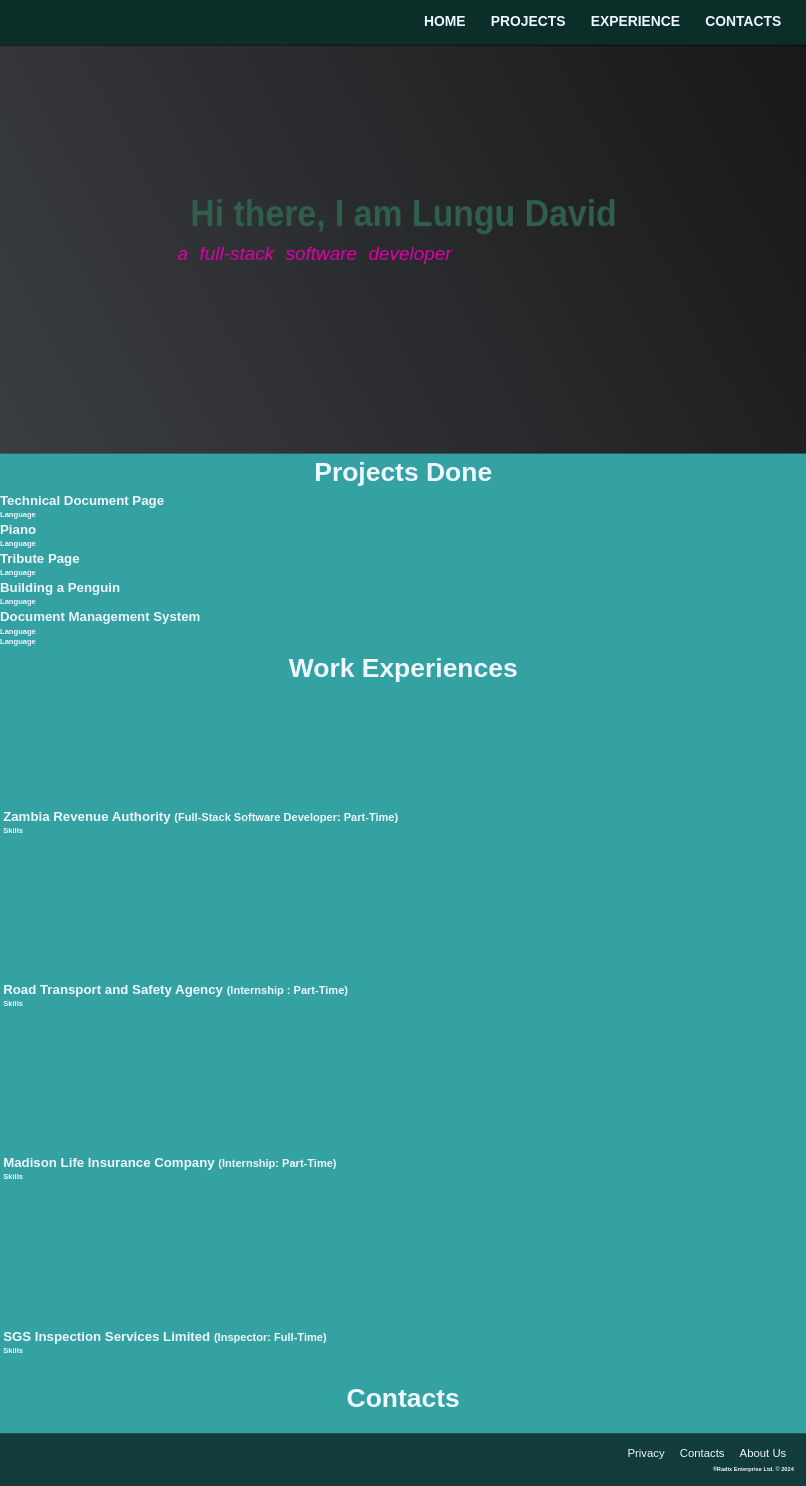
Repository: Lungdjos/personal_portifolio
Page: html/index.html
The author's editor kept a copy of each file at every save. The page is drawn from the files as they stood at one save, then again after the next save.
The browser window is 1280 px wide. The pictures show the whole page, at 63% of full size.

Above is the page before, as saved 2024-02-02 01:42:28.

### html/index.html
<!DOCTYPE html>
<html lang="en">

<head>
    <meta charset="UTF-8">
    <meta name="viewport" content="width=device-width, initial-scale=1.0">
    <title>Personal Portifolio</title>
    <link rel="stylesheet" href="/css/styles.css">
</head>

<body>
    <header class="header">
        <nav id="navbar">
            <ul class="nav-list">
                <li><a href="#Home" class="nav-link"><i class=""></i>Home</a></li>
                <li>
                    <a href="#Works" class="nav-link"> <i class=""></i>Projects</a>
                </li>
                <li>
                    <a href="#Work-Experience" class="nav-link"> <i class=""></i>Experience</a>
                </li>
                <li><a href="#Contacts" class="nav-link"><i class=""></i>Contacts</a></li>
            </ul>
        </nav>
    </header>
    <main class="m-3">
        <div id="spacer"></div>
        <section class="home" id="Home">
            <div id="welcome-section">
                <h1 id="title">Hi there, I am Lungu David</h1>
                <p id="sub-title"><span>a</span> <span>full-stack</span> <span>software</span> <span>developer</span></p>
            </div>
        </section>

        <div id="spacer"></div>
        <section class="works" id="Works">
            <h2>Projects Done</h2>
            <div class="grid">
                <div class="projects">
                    <h3>Technical Document Page</h3>
                    <h6 class="language">Language</h6>
                    <p>
                        <ul>
                            <li></li>
                        </ul>
                    </p>
                </div>
                <div class="projects">
                    <h3>Piano</h3>
                    <h6 class="language">Language</h6>
                    <p>
                        <ul>
                            <li></li>
                        </ul>
                    </p>
                </div>
                <div class="projects">
                    <h3>Tribute Page</h3>
                    <h6 class="language">Language</h6>
                    <p>
                        <ul>
                            <li></li>
                        </ul>
                    </p>
                </div>
                <div class="projects">
                    <h3>Building a Penguin</h3>
                    <h6 class="language">Language</h6>
                    <p>
                        <ul>
                            <li></li>
                        </ul>
                    </p>
                </div>
                <div class="projects">
                    <h3>Document Management System</h3>
                    <h6 class="language">Language</h6>
                    <p>
                        <ul>
                            <li></li>
                        </ul>
                    </p>
                </div>
                <div class="projects">
                    <h3></h3>
                    <h6 class="language">Language</h6>
                    <p>
                        <ul>
                            <li></li>
                        </ul>
                    </p>
                </div>
            </div>
        </section>
        <div id="spacer"></div>
        <section class="" id="Work-Experience">
            <h2>Work Experiences</h2>
            <div id="grid">
                <div id="icon"></div>
                <div class="experience">
                    <h3>Zambia Revenue Authority <small>(Full-Stack Software Developer: Part-Time)</small></h3>
                    <h6 class="skills">Skills</h6>
                    <p>
                        <ul>
                            <li></li>
                            <li></li>
                            <li></li>
                            <li></li>
                        </ul>
                    </p>
                </div>
            </div>

            <div id="grid">
                <div id="icon"></div>
                <div class="experience">
                    <h3>Road Transport and Safety Agency <small>(Internship : Part-Time)</small></h3>
                    <h6 class="skills">Skills</h6>
                    <p>
                        <ul>
                            <li></li>
                            <li></li>
                            <li></li>
                            <li></li>
                        </ul>
                    </p>
                </div>
            </div>

            <div id="grid">
                <div id="icon"></div>
                <div class="experience">
                    <h3>Madison Life Insurance Company <small>(Internship: Part-Time)</small></h3>
                    <h6 class="skills">Skills</h6>
                    <p>
                        <ul>
                            <li></li>
                            <li></li>
                            <li></li>
                            <li></li>
                        </ul>
                    </p>
                </div>
            </div>

            <div id="grid">
                <div id="icon"></div>
                <div class="experience">
                    <h3>SGS Inspection Services Limited <small>(Inspector: Full-Time)</small></h3>
                    <h6 class="skills">Skills</h6>
                    <p>
                        <ul>
                            <li></li>
                            <li></li>
                            <li></li>
                            <li></li>
                        </ul>
                    </p>
                </div>
            </div>
        </section>
        <div id="spacer"></div>
        <section class="contact" id="Contacts">
            <h2>Contacts</h2>
        </section>
    </main>
    <footer>
        <ul>
            <li><a href="">Privacy</a></li>
            <li><a href="">Contacts</a></li>
            <li><a href="">About Us</a></li>
        </ul>
        <span>&REG;Radix Enterprise Ltd. &copy; 2024</span>
    </footer>
</body>

</html>

### css/styles.css
/** STYLING FOR THE PORTIFOLIO **/


/* the root selector */

:root {
    /* colors */
    --main-col: aliceblue;
    --bc-1: #34a2a2;
    --bc-2: #0b2e28;
    --bc-3: #123b3b;
    --bc-4: #45567d;
    /* values */
}

html {
    font-size: 62.5%;
    box-sizing: border-box;
    scroll-behavior: smooth;
}

* {
    margin: 0;
    padding: 0;
}


/* box-sizing and font sizing */

*,
*::before,
*::after {
    box-sizing: inherit;
}


/* body styling */

body {
    font-family: 'Poppins', sans-serif;
    font-size: 1.8rem;
    font-weight: 400;
    line-height: 1.4;
    color: var(--main-col);
    background-color: var(--bc-1);
}


/* headings styling */

h1,
h2 {
    font-family: 'Raleway', sans-serif;
    font-weight: 600;
    text-align: center;
}

h1 {
    font-size: 6rem;
}

h2 {
    font-size: 4.2rem;
}


/* List and anchor styling */

ul {
    list-style: none;
}

a {
    color: var(--main-col);
    text-decoration: none;
}

img {
    display: block;
    width: 100%;
}


/* nav bar styling */

nav {
    font-weight: 600;
}

.header {
    display: flex;
    justify-content: flex-end;
    position: fixed;
    top: 0;
    left: 0;
    width: 100%;
    box-shadow: 0 2px 0 rgba(0, 0, 0, 0.4);
    z-index: 10;
    background-color: var(--bc-2);
}

nav>ul {
    display: flex;
    margin-right: 2rem;
    text-transform: uppercase;
}

.nav-list a {
    display: block;
    font-size: 2.2rem;
    padding: 2rem;
}

.nav-list a:hover {
    background: var(--bc-4);
}


/* body tyling */

#spacer {
    max-width: 1000px;
    width: 100%;
    margin: 0 auto;
}

main>li {
    list-style-type: disc;
}


/* Styling or the Home Page */

.home {
    width: 100%;
    height: 100vh;
    display: flex;
    flex-direction: column;
    justify-content: center;
    align-items: center;
    background: inherit;
    background-image: linear-gradient(62deg, #3a3d40 0%, #181719 100%);
}

#welcome-section>p {
    font-size: 3rem;
    font-weight: 200;
    font-style: italic;
    color: #d0a;
}

#title {
    transform-origin: center;
    animation: rotateAndChangeColor 14s infinite ease-in-out;
}

#sub-title {
    text-indent: 10px;
}

#sub-title span {
    display: inline-block;
    animation: fallAnimation 3s ease-in-out forwards;
}


/* Work Experience */

#Work-Experience {
    margin-top: 5px;
}

#Work-Experience #icon {
    display: flex;
    flex-direction: column;
    justify-content: center;
    height: 150px;
    width: 20vw;
}

#Work-Experience .experience {
    display: flex;
    flex-direction: column;
    justify-content: center;
    height: 125px;
    width: 80vw;
    padding: 5px;
}


/* footer styling */

footer {
    margin-top: 25px;
    padding: 20px;
    width: 100%;
    background-color: var(--bc-3);
}

footer>ul {
    display: flex;
    justify-content: flex-end;
}

footer>ul>li {
    padding: 0 12px;
}

footer>span {
    display: flex;
    justify-content: flex-end;
    margin-top: 6px;
    font-size: .9rem;
    font-weight: bold;
}


/* ANIMATIONS AND EFFECTS */


/* Welcome Page Animations */

@keyframes rotateAndChangeColor {
    0% {
        transform: rotateY(0deg);
        color: #333;
    }
    30% {
        transform: rotateY(360deg);
        color: #2e604a;
    }
    60% {
        transform: rotate(0deg);
        color: #45567d;
    }
    90% {
        transform: rotate(360deg);
        color: #ff6347;
    }
}

@keyframes fallAnimation {
    0% {
        transform: translateY(-50px);
        opacity: 0;
    }
    100% {
        transform: translateY(0);
        opacity: 1;
    }
}


/* STYLING FOR SMALL DEVICES */


/* 1200px / 16px = 75em */

@media (max-width: 75em) {
    html {
        font-size: 60%;
    }
}


/* 980px / 16px = 61.25em */

@media (max-width: 61.25em) {
    html {
        font-size: 58%;
    }
}


/* 460px / 16px = 28.75em */

@media (max-width: 28.75em) {
    html {
        font-size: 55%;
    }
}


/* nav bar media queries */

@media (max-width: 28.75em) {
    #navbar {
        justify-content: center;
    }
    .nav-list {
        margin: 0 1rem;
    }
}

After the next save:
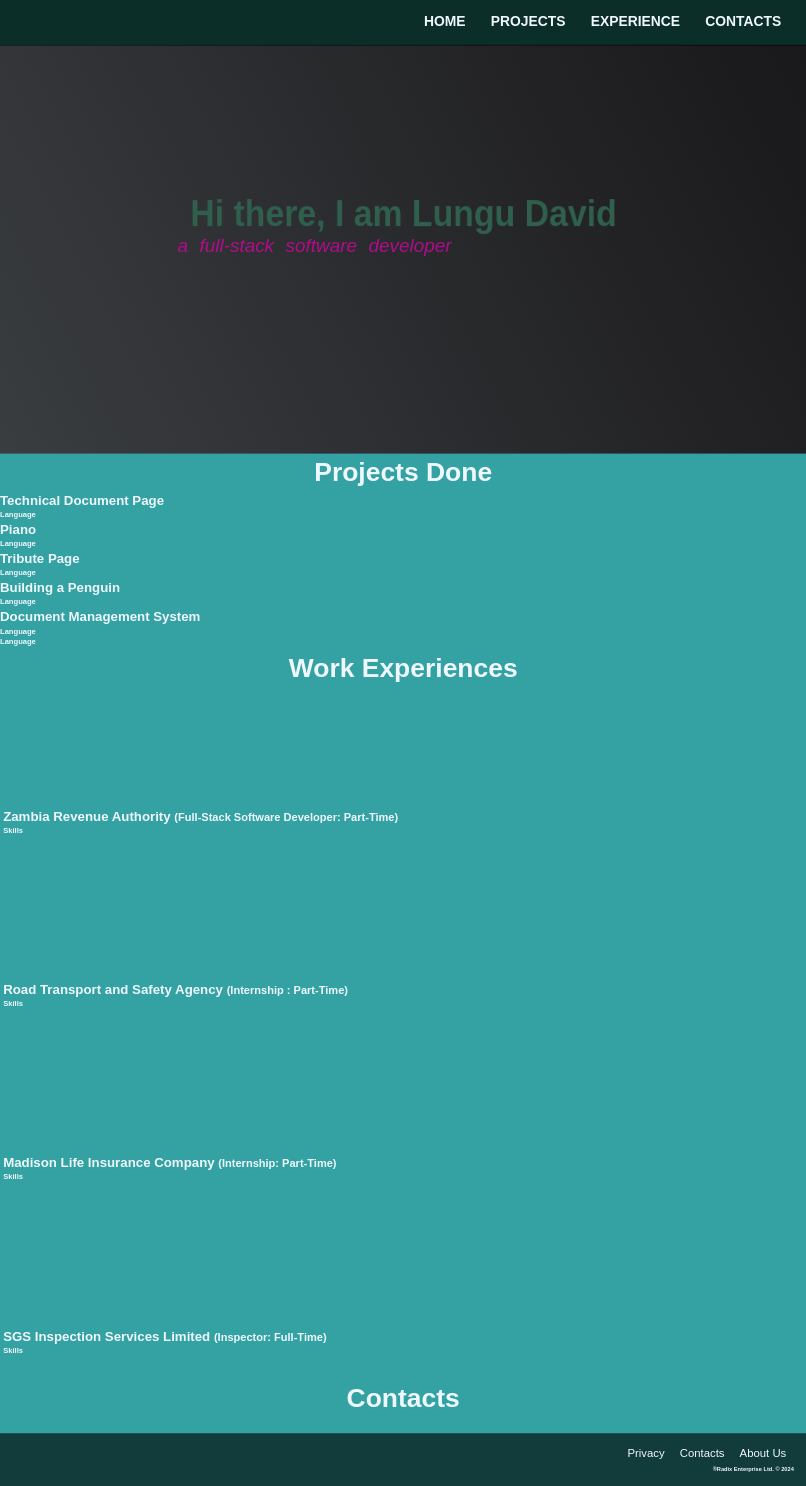
Saved 60 s later.
--- a/css/styles.css
+++ b/css/styles.css
@@ -160,7 +160,7 @@ main>li {
 
 #sub-title span {
     display: inline-block;
-    animation: fallAnimation 3s ease-in-out forwards;
+    animation: fallAnimation 3s infinite ease-in-out forwards;
 }
 
 
